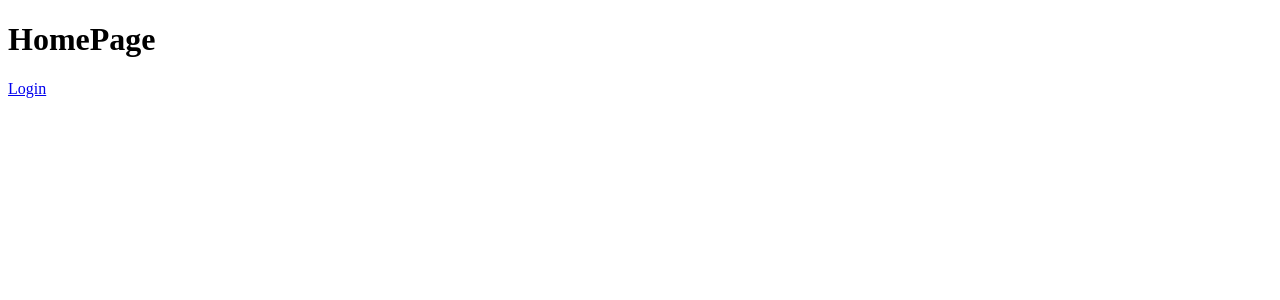
Repository: chirag555/Java_full_stack
Page: http://localhost/BasicMVC/Index.jsp
The author's editor kept a copy of each file at every save. The page is drawn from the files as they stood at one save, then again after the next save.
The browser window is 1280 px wide. The pictures show the whole page.
The page is served by Tomcat 9. Other server files are loaded and not shown.

Above is the page before, as saved 2020-02-13 07:08:43.

### BasicMVC/WebContent/Index.jsp
<%@ page language="java" contentType="text/html; charset=ISO-8859-1"
    pageEncoding="ISO-8859-1"%>
<!DOCTYPE html>
<html>
<head>
<meta charset="ISO-8859-1">
<title>Home Page</title>
</head>
<body>
<h1>HomePage</h1>
<a href="<%=request.getContextPath()%>/Controller?page=login">Login</a>
</body>
</html>

After the next save:
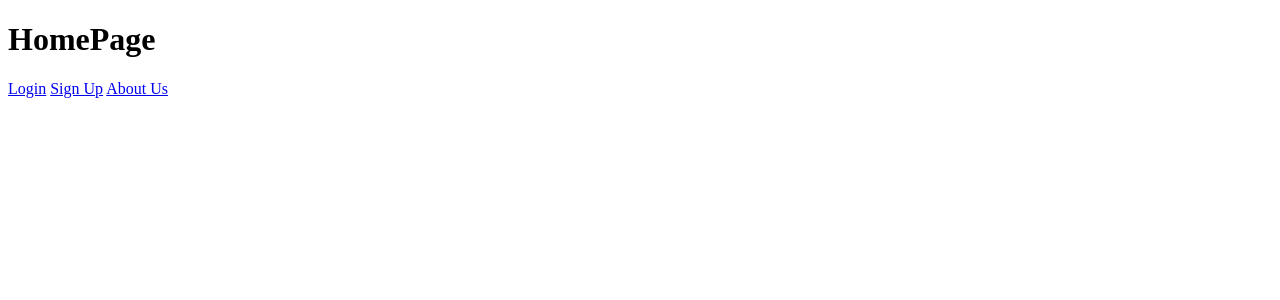
Saved 82 s later.
--- a/BasicMVC/WebContent/Index.jsp
+++ b/BasicMVC/WebContent/Index.jsp
@@ -9,5 +9,8 @@
 <body>
 <h1>HomePage</h1>
 <a href="<%=request.getContextPath()%>/Controller?page=login">Login</a>
+<a href="<%=request.getContextPath()%>/Controller?page=SignUp">Sign Up</a>
+<a href="<%=request.getContextPath()%>/Controller?page=about">About Us</a>
+
 </body>
 </html>
